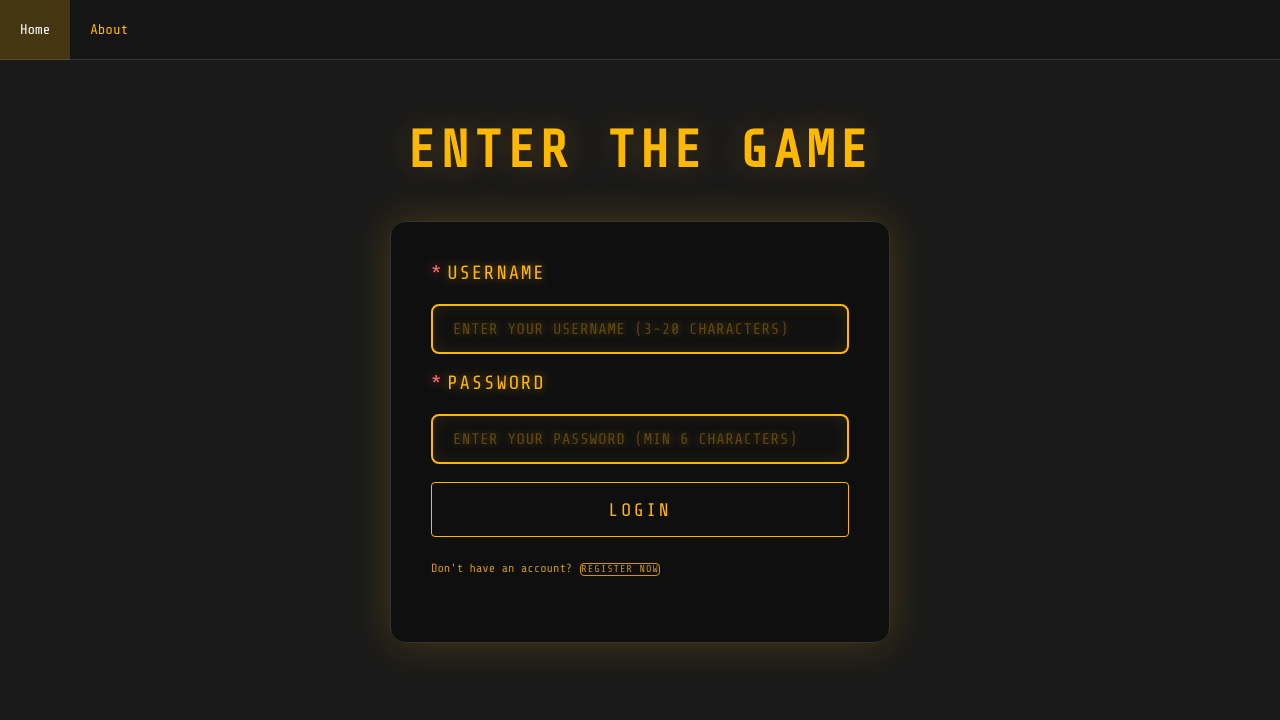
Repository: qqqq121114/se_417
Page: /login (app in client/)
An editor plug-in stored every save of this project. The page is shown before and after the next save, followed by the edit.
The browser window is 1280 px wide. The pictures show the whole page.
An inner scrolling area shows only its first screen. The project was rebuilt for these pictures with package versions that can differ from the ones it lists, and the page was loaded fresh each time. Also part of the build but not shown: client/vite.config.js, client/src/views/Home.vue.

Above is the page before, as saved 2024-12-08 13:42:59.

After the next save:
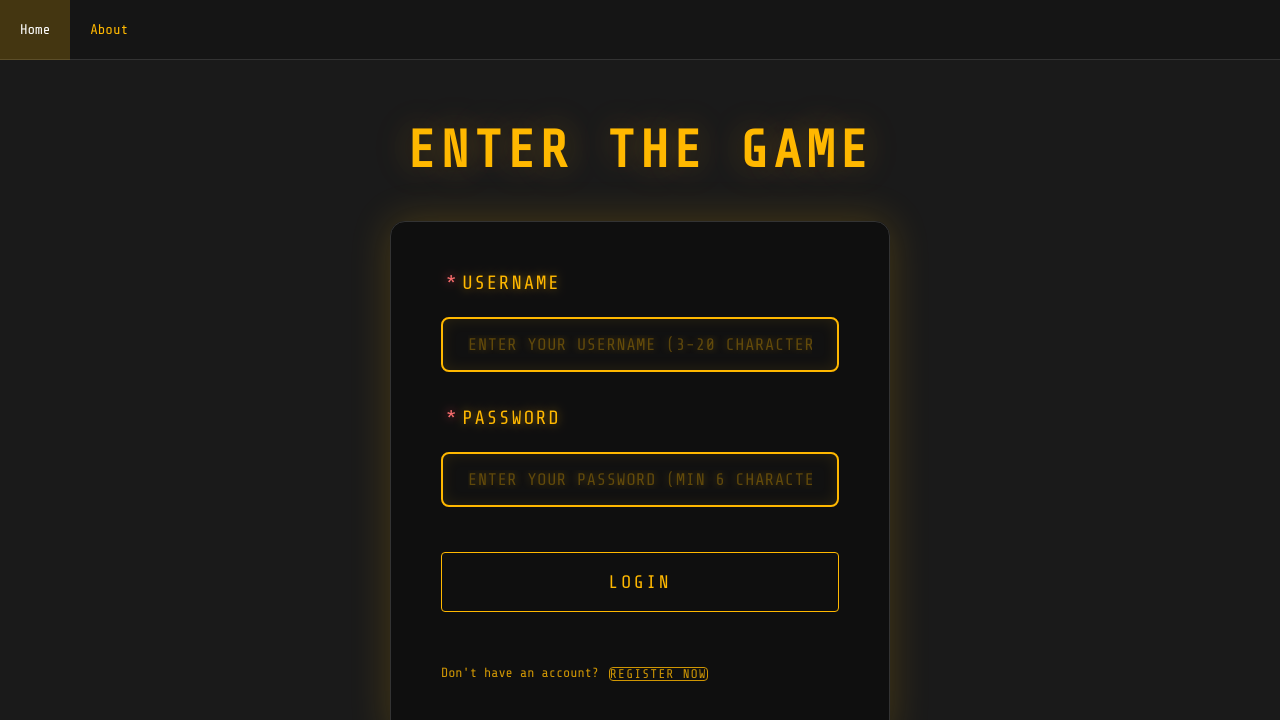
Saved 5 min 0 s later.
--- a/client/src/views/Login.vue
+++ b/client/src/views/Login.vue
@@ -16,7 +16,7 @@
             class="cyber-input"
           ></el-input>
         </el-form-item>
-        <el-form-item prop="password" label="Password">
+        <el-form-item prop="password" label="Password" class="password-item">
           <el-input
             v-model="form.password"
             type="password"
@@ -25,7 +25,7 @@
             class="cyber-input"
           ></el-input>
         </el-form-item>
-        <el-form-item>
+        <el-form-item class="button-item">
           <el-button class="cyber-button" type="primary" @click="submitForm">Login</el-button>
           <div class="form-footer">
             <span>Don't have an account?</span>
@@ -142,7 +142,7 @@ const submitForm = async () => {
   width: 100%;
   max-width: 500px;
   background: rgba(0, 0, 0, 0.4);
-  padding: 40px;
+  padding: 50px;
   border-radius: 15px;
   border: 1px solid var(--cyber-border);
   box-shadow: 0 0 30px rgba(255, 184, 0, 0.15);
@@ -150,14 +150,23 @@ const submitForm = async () => {
   animation: formGlow 4s ease-in-out infinite;
 }
 
+.el-form-item {
+  margin-bottom: 35px;
+}
+
+.password-item {
+  margin-bottom: 45px;
+}
+
 :deep(.el-form-item__label) {
   color: #ffb800 !important;
   font-family: 'Share Tech Mono', monospace;
   font-size: 1.2em;
-  padding-bottom: 12px;
+  padding-bottom: 15px;
   text-shadow: 0 0 10px rgba(255, 184, 0, 0.5);
   text-transform: uppercase;
   letter-spacing: 0.1em;
+  margin-left: 5px;
 }
 
 :deep(.el-form-item__label::before) {
@@ -179,9 +188,9 @@ const submitForm = async () => {
   border: 2px solid var(--cyber-text) !important;
   color: #ffb800 !important;
   font-family: 'Share Tech Mono', monospace;
-  height: 50px;
-  padding: 0 20px !important;
-  font-size: 1.1em;
+  height: 55px;
+  padding: 0 25px !important;
+  font-size: 1.2em;
   letter-spacing: 0.05em;
   transition: all 0.3s ease;
   border-radius: 8px;
@@ -264,17 +273,17 @@ const submitForm = async () => {
   }
 }
 
-.button-container {
-  margin-top: 38.2vh;
+.button-item {
+  margin-top: 20px;
   margin-bottom: 0;
-  transform: translateY(-100%);
 }
 
 .cyber-button {
   width: 100%;
-  height: 55px;
+  height: 60px;
   font-size: 1.3em;
   letter-spacing: 0.15em;
+  margin-bottom: 25px;
   background: transparent !important;
   border: 1px solid var(--cyber-text) !important;
   color: var(--cyber-text) !important;
@@ -320,26 +329,23 @@ const submitForm = async () => {
 }
 
 .form-footer {
-  margin-top: 15px;
+  margin-top: 20px;
   text-align: center;
   color: var(--cyber-text);
   font-family: 'Share Tech Mono', monospace;
-  font-size: 0.85em;
+  font-size: 0.95em;
   opacity: 0.8;
 }
 
 .register-link {
   color: var(--cyber-text) !important;
-  text-decoration: none;
-  margin-left: 8px;
+  margin-left: 10px;
   font-family: 'Share Tech Mono', monospace;
   text-transform: uppercase;
   letter-spacing: 0.1em;
-  transition: all 0.3s ease;
-  font-size: 0.85em !important;
+  font-size: 0.95em !important;
   padding: 0 !important;
   height: auto !important;
-  font-weight: normal !important;
 }
 
 .register-link:hover {
@@ -390,7 +396,8 @@ const submitForm = async () => {
   }
 
   .login-form {
-    padding: 25px;
+    padding: 30px;
+    margin: 0 15px;
   }
 
   .label-text {
@@ -398,17 +405,12 @@ const submitForm = async () => {
   }
 
   :deep(.el-input__inner) {
-    height: 45px;
-    font-size: 1em;
-  }
-
-  .button-container {
-    margin-top: 25vh;
+    height: 50px;
+    font-size: 1.1em;
   }
 
   .cyber-button {
-    height: 50px;
-    font-size: 1.2em;
+    height: 55px;
   }
 
   .form-footer {
